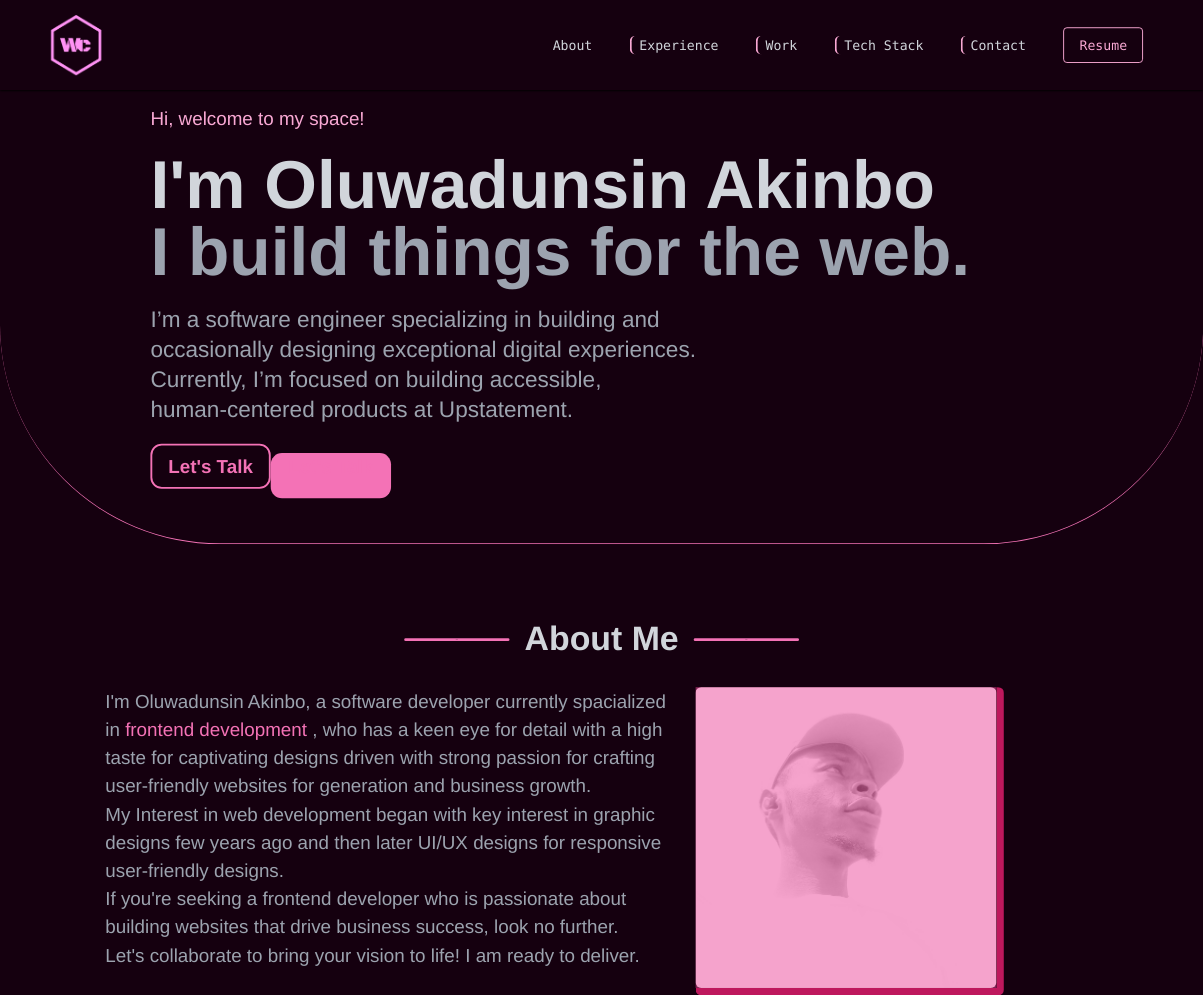
Repository: EmmyDunny1/myPortfolio
Page: / (app in MyPortfolio/)
An editor plug-in stored every save of this project. The page is shown before and after a run of saves, followed by the edit.
The browser window is 1280 px wide. The pictures show the whole page, at 94% of full size.
The project was rebuilt for these pictures with package versions that can differ from the ones it lists, and the page was loaded fresh each time. Also part of the build but not shown: MyPortfolio/vite.config.js.

Above is the page before, as saved 2025-01-14 21:00:57.

### MyPortfolio/index.html
<!doctype html>
<html lang="en">
  <head>
    <meta charset="UTF-8" />
    <link rel="icon" type="image/svg+xml" href="/vite.svg" />
    <meta name="viewport" content="width=device-width, initial-scale=1.0" />
    <title>My Portfolio Website</title>
  </head>
  <body>
    <div id="root"></div>
    <script type="module" src="/src/main.jsx"></script>
  </body>
</html>

### MyPortfolio/src/index.css
@tailwind base;
@tailwind components;
@tailwind utilities;


body{

    max-width: 90rem;
  /* margin-left: 2rem;
  margin-right: 2rem; */
  background:   rgb(21, 0, 15);
  font-family: "Helvetica Neue";
  }

  img {
    width: 12rem;
    height: 7rem;
  }

  p{ font-size: 14px

  }

### MyPortfolio/src/App.jsx
import React from 'react'
import Navbar from './components/Navbar'
import HeroSection from './components/HeroSection'
import AboutMe from './components/AboutMe'
const App = () => {
  return (
    <div>
    <div className=''> <Navbar/> </div>
    <div className='mt-[7rem] border-b border-solid border-pink-400 rounded-full pb-[3rem]'><HeroSection/> </div>
    <div className=''><AboutMe/></div>

    </div>
  )
}

export default App

### MyPortfolio/src/components/Navbar.jsx
import React from 'react'
import WEBCANIC from '../assets/WEBCANIC.png'

const Navbar = () => {
  return (
    <nav className="fixed top-0 left-0 w-full bg-dark-navy shadow-sm  shadow-black text-gray-300 z-10">
    <div className=" flex items-center justify-between py-4 mx-[4rem]">
      <div className="flex items-center">

          <img src={WEBCANIC} className='h-[4rem] w-[4rem] object-cover ml-[-10px]'  alt="" />

      </div>
      <div className="flex items-center space-x-8 ">
        <a
          href="#about"
          className="hover:text-green text-sm font-mono  border-solid border-pink-300 rounded-md px-2 ">
          <div>  </div>  About
        </a>
        <a
          href="#experience"
          className="hover:text-green text-sm font-mono border-l-2 border-solid border-pink-300 rounded-md px-2">
           Experience
        </a>
        <a
          href="#work"
          className="hover:text-green text-sm font-mono border-l-2 border-solid border-pink-300 rounded-md px-2">
           Work
        </a>
        <a
          href="#work"
          className="hover:text-green text-sm font-mono border-l-2 border-solid border-pink-300 rounded-md px-2">
           Tech Stack
        </a>
        <a
          href="#contact"
          className="hover:text-green text-sm font-mono border-l-2 border-solid border-pink-300 rounded-md px-2">
           Contact
        </a>
        <a
          href="/resume.pdf"
          download
          className="border border-green text-pink-300 px-4 py-2 rounded text-sm font-mono hover:bg-green hover:text-dark-navy hover:shadow-sm hover:shadow-gray-300 hover:border-gray-300 hover:text-gray-300 transition border-pink-300">
          Resume
        </a>
      </div>
    </div>
  </nav>
  )
}

export default Navbar

### MyPortfolio/src/components/HeroSection.jsx
import React from 'react'

const HeroSection = () => {
  return (
    <div className='block mx-[10rem] '>

      <div className=''>
        <span className='text-pink-300 text-xl '>Hi, welcome to my space!</span>
        <h1 className='text-7xl text-gray-300 pt-5 font-bold '>I'm Oluwadunsin Akinbo</h1>
        <h2 className='text-7xl text-gray-400 font-bold'>I build things for the web.</h2>

        <p className='text-2xl text-gray-400 py-5'>I’m a software engineer specializing in building and <br />occasionally designing exceptional digital experiences. <br />Currently, I’m focused on building accessible,<br /> human-centered products at Upstatement.</p>


      </div>

<button className='h-[3rem] w-[8rem] border-solid border-pink-400 border-2 text-pink-400 text-xl font-bold rounded-xl z-10'>Let's Talk</button>

<button className='h-[3rem] w-[8rem] bg-pink-400  text-pink-400 text-xl font-bold rounded-xl pb-5 ml-[] z-0'>Let's Talk</button>

    </div>
  )
}

export default HeroSection

### MyPortfolio/src/components/AboutMe.jsx
import React from 'react'
import { FiMinus } from 'react-icons/fi'
import myImage from '../assets/myImage.jpg'


const AboutMe = () => {
  return (
    <div className=' mx-[7rem] mt-[5rem]'>
      <div className='flex mx-auto justify-center align-center'>
      <FiMinus className='h-[2.5px] w-[7rem] mt-5 mr-4 rounded-2xl bg-pink-400'/>
        <h1 className='text-gray-300 text-4xl pb-[2rem] font-bold'>  About Me </h1>
         <FiMinus className='h-[2.5px] w-[7rem] mt-5 ml-4 rounded-2xl bg-pink-400'/>
      </div>
    <div className='flex gap-8'>
        <div className=''>
            <p className='text-gray-400 text-xl leading-normal justify-center '>I'm Oluwadunsin Akinbo, a software developer currently spacialized <br />in <span className='text-pink-400'>frontend development </span>
            , who has a keen eye for detail with a high <br />taste for captivating designs driven with strong passion for crafting <br />user-friendly websites for generation and business growth.
            <br />

               <span className='pt-10'>My Interest in web development began with key interest in graphic <br />designs few years ago and then later UI/UX designs for responsive <br />user-friendly designs.  </span>


              <br />If you're seeking a frontend developer who is passionate about <br /> building websites that drive business success, look no further.
<br />
              Let's collaborate to bring your vision to life! I am ready to deliver. </p>
        </div>
        <div className='  relative hover:translate-y-2 border-solid rounded-md border-pink-700 border-r-8 border-b-8 hover:translate-x-2 transition duration-300 '>
            <img src={myImage} alt="my picture" className='object-cover h-[20rem] w-[20rem] items-center   transition-transform rounded-md ' />
        <div className='absolute inset-0 bg-pink-500 hover:bg-gray-600 opacity-50 hover:opacity-30 '>
         </div>

         {/* <div className=' h-[20rem] w-[20rem] border-solid border-pink-500 pt-10'></div> */}
        </div>

    </div>

    </div>
  )
}

export default AboutMe

Loaded but not shown: MyPortfolio/src/main.jsx (common file); MyPortfolio/tailwind.config.js (common file)

After the next 2 saves:
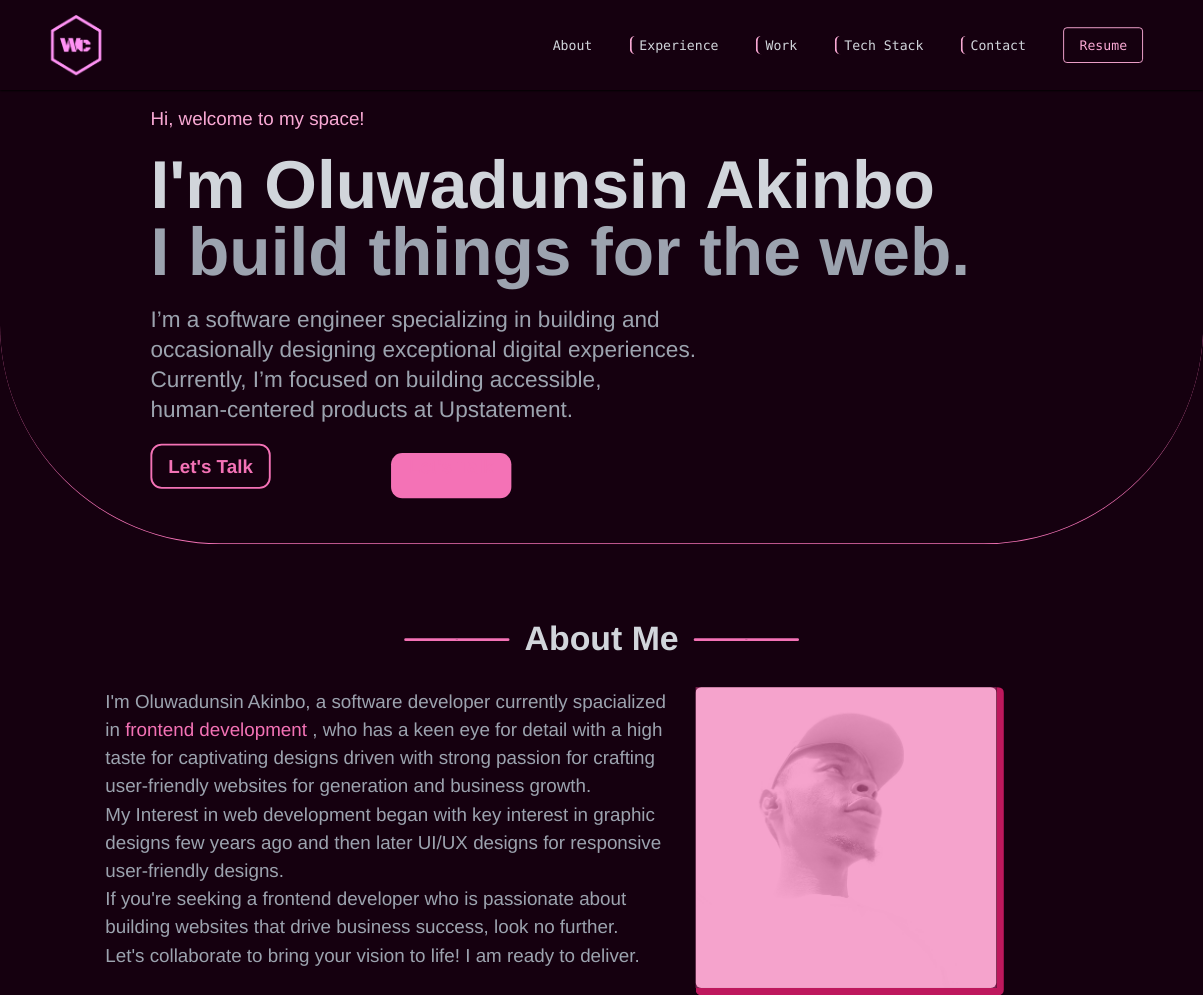
The 2 saves are shown as one change because they came seconds apart.
The last was saved 13 s later.
--- a/MyPortfolio/src/components/HeroSection.jsx
+++ b/MyPortfolio/src/components/HeroSection.jsx
@@ -16,7 +16,7 @@ const HeroSection = () => {
 
 <button className='h-[3rem] w-[8rem] border-solid border-pink-400 border-2 text-pink-400 text-xl font-bold rounded-xl z-10'>Let's Talk</button>
 
-<button className='h-[3rem] w-[8rem] bg-pink-400  text-pink-400 text-xl font-bold rounded-xl pb-5 ml-[] z-0'>Let's Talk</button>
+<button className='h-[3rem] w-[8rem] bg-pink-400  text-pink-400 text-xl font-bold rounded-xl pb-5 ml-[8rem] z-0'>Let's Talk</button>
 
     </div>
   )
